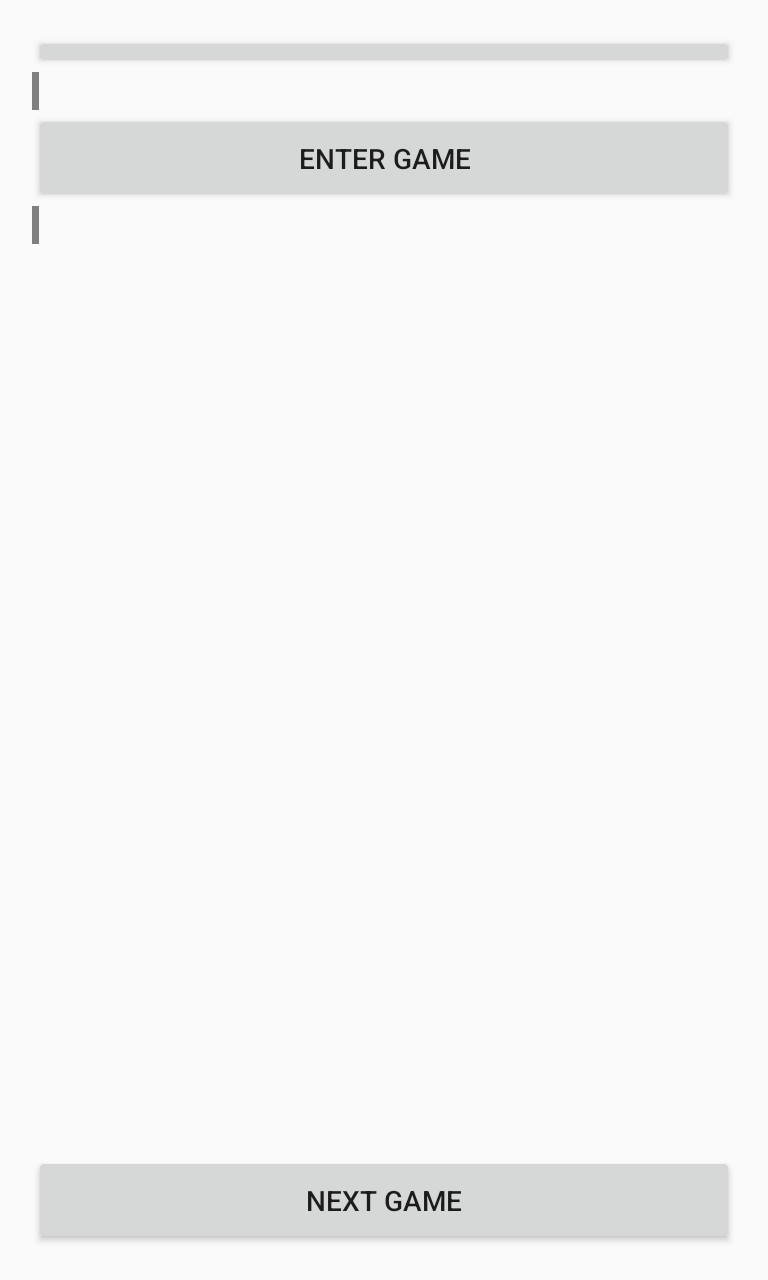
Repository: charlesweng/school
Layout: simpleandroidapps/GettingToKnowUIActivities/charleswengScoringProject/charleswengScoring/res/layout/activity_main.xml
These files come from the project's save history. The layout is drawn as it stood at one moment and after the next save; the edit follows.
Pictures or frames that could not be fetched are drawn as grey boxes. It is drawn on a 768 x 1280 px phone screen (xhdpi) without system bars, with theme AppTheme; the app's code is not run.

Above is the layout before, as saved 2014-04-28 06:50:10.

After the next save:
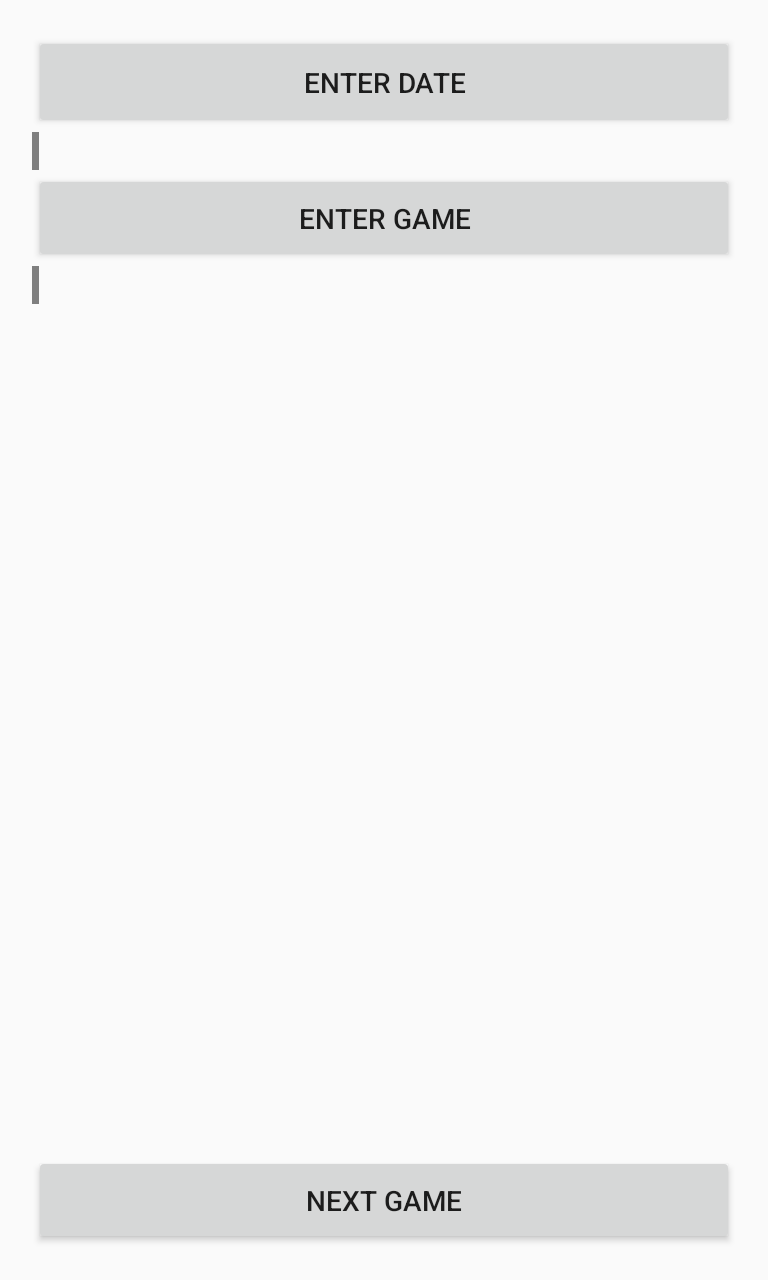
Saved 6 s later.
--- a/simpleandroidapps/GettingToKnowUIActivities/charleswengScoringProject/charleswengScoring/res/layout/activity_main.xml
+++ b/simpleandroidapps/GettingToKnowUIActivities/charleswengScoringProject/charleswengScoring/res/layout/activity_main.xml
@@ -14,7 +14,7 @@
     <Button
         android:id="@+id/datebutton"
         android:layout_width="fill_parent"
-        android:layout_height="20dp"
+        android:layout_height="50dp"
         android:layout_alignParentTop="true"
         android:layout_centerHorizontal="true"
         android:text="@string/enter_date"
